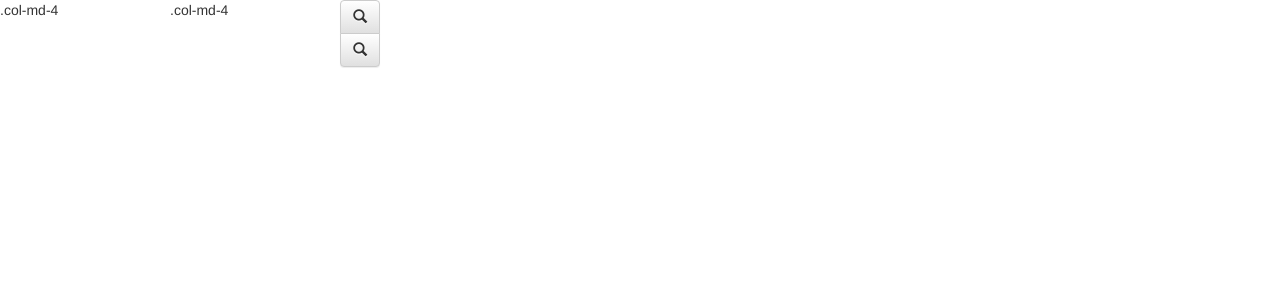
Repository: bmatusiak/bbb-usb-tool-nw
Page: index.html
The author's editor kept a record of every edit. The page is drawn from the files as they stood at one moment, then again after the next edit.
The browser window is 1280 px wide. The pictures show the whole page.

Above is the page before.
Console error: ReferenceError: global is not defined

After the next edit:
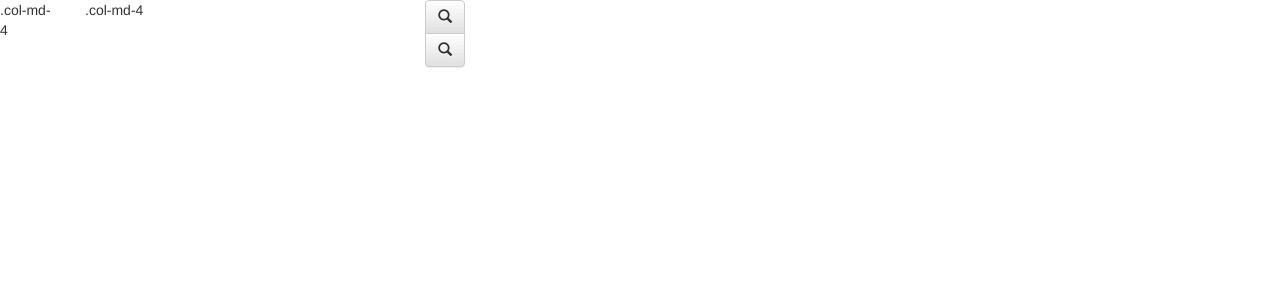
The edit:
--- a/index.html
+++ b/index.html
@@ -19,8 +19,8 @@
 
     <body>
         <div class="row" style="height:100%;" >
-            <div class="col-xs-4">.col-md-4</div>
-            <div class="col-xs-4">.col-md-4</div>
+            <div class="col-xs-2">.col-md-4</div>
+            <div class="col-xs-8">.col-md-4</div>
             <div class="col-xs-2">
                 <div class="btn-group-vertical">
                   <button type="button" class="btn btn-default" style="height:50%;"><span class="glyphicon glyphicon-search"></span></button>
